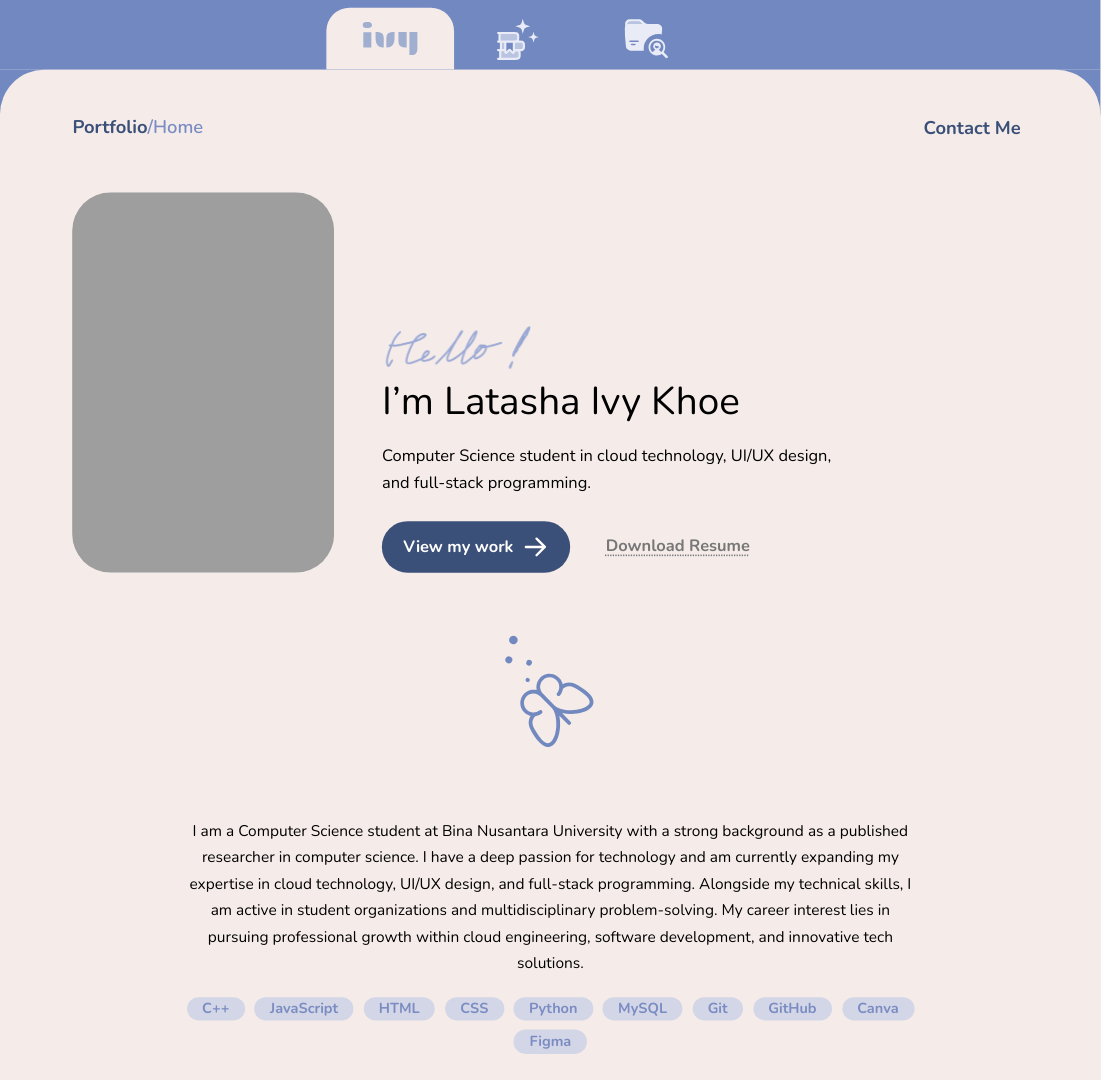
Repository: L-vy/L-vy
Page: /
These files come from the project's save history. The page is drawn as it stood at one moment and after the next save; the edit follows.
The browser window is 1280 px wide. The pictures show the part of the page from y = 0 to 1256 px (the page is 3288 px tall before and 3150 px after), at 86% of full size.
Pictures or frames that could not be fetched are drawn as grey boxes. Some web fonts or font styles are not loaded; a fallback is used. The project was rebuilt for these pictures with package versions that can differ from the ones it lists, and the page was loaded fresh each time. Also part of the build but not shown: vite.config.ts, src/components/ExperienceBinder.tsx, src/components/FolderCard.tsx, src/components/ProjectSidebar.tsx, src/pages/ProjectDetails.tsx.

Above is the page before, as saved 2026-10-07 21:10:14.

After the next save:
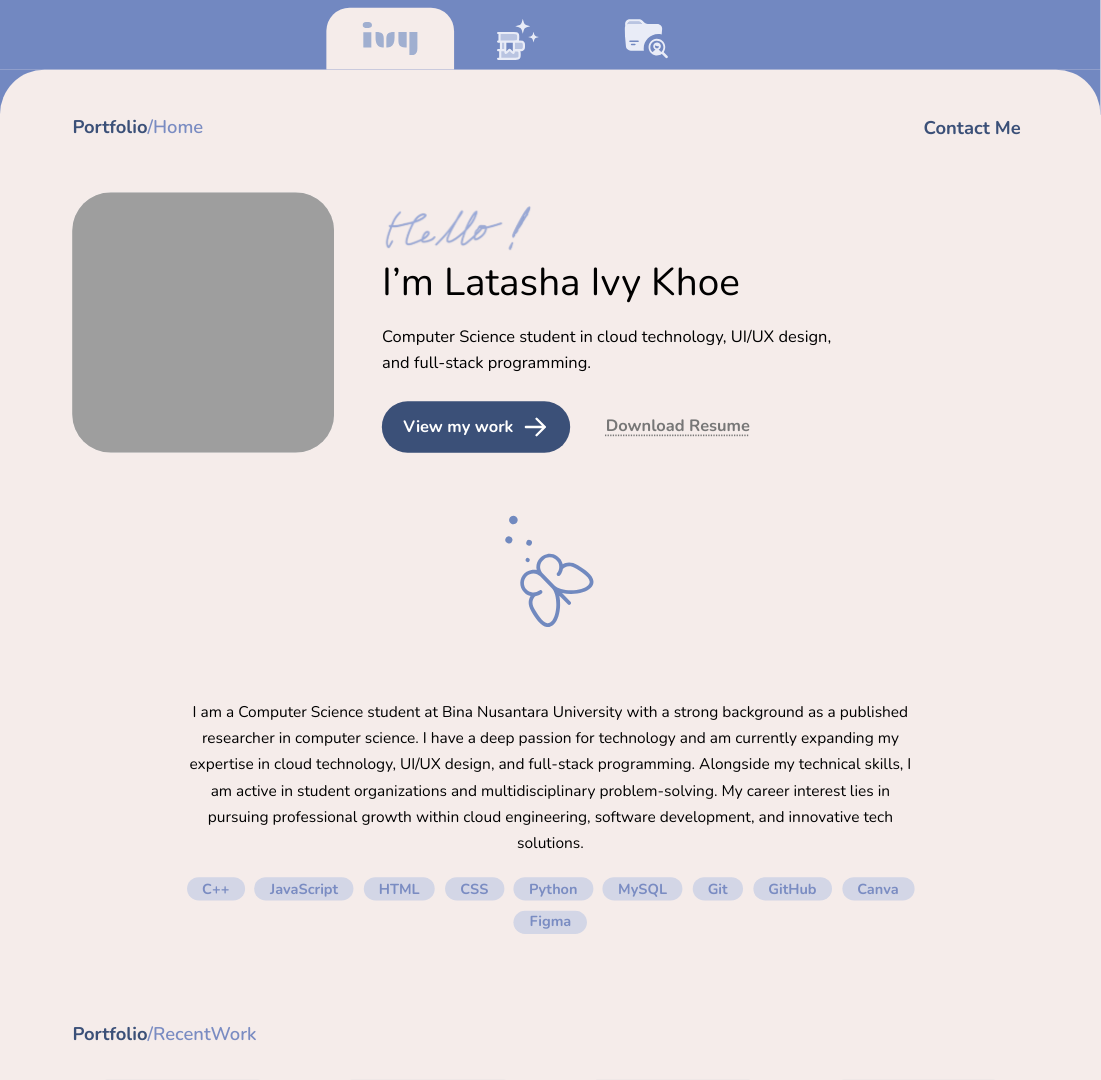
Saved 19 s later.
--- a/src/components/Hero.tsx
+++ b/src/components/Hero.tsx
@@ -7,7 +7,7 @@ export default function Hero() {
     <section id="home" className="hero">
       <div className="hero-top"><p className="path"><b>Portfolio</b>/Home</p><button className="contact-link" onClick={() => go('contact', true)}>Contact Me</button></div>
       <div className="hero-grid">
-        <img className="hero-photo" src={site.images.profile} alt={`Portrait of ${site.name}`} width={200} height={375} />
+        <img className="hero-photo" src={site.images.profile} alt={`Portrait of ${site.name}`}/>
         <div>
           <img className="hello" src={site.images.hello} alt="Hello!" />
           <h1>I’m {site.name}</h1>
